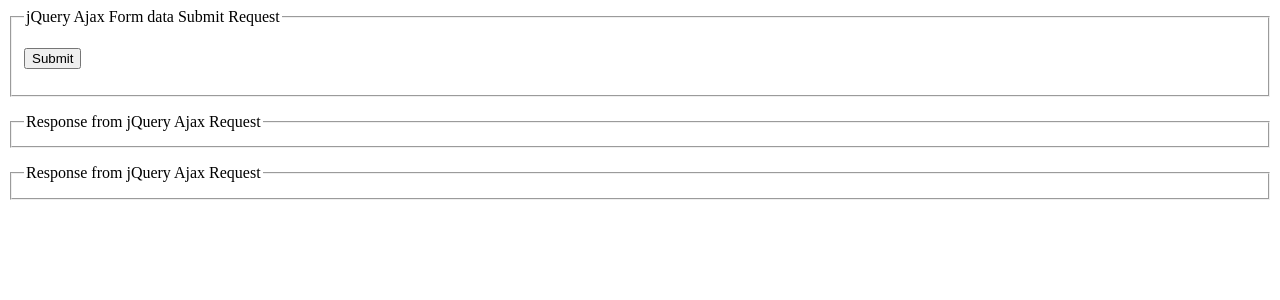
Repository: spencer-carver/lol-db
Page: LOLdb/war/index.html
An editor plug-in stored every save of this project. The page is shown before and after the next save, followed by the edit.
The browser window is 1280 px wide. The pictures show the whole page.
The page's requests for data from a server got no answer. Some web libraries are served in a nearby version.

Above is the page before, as saved 2013-01-31 09:32:22.

After the next save:
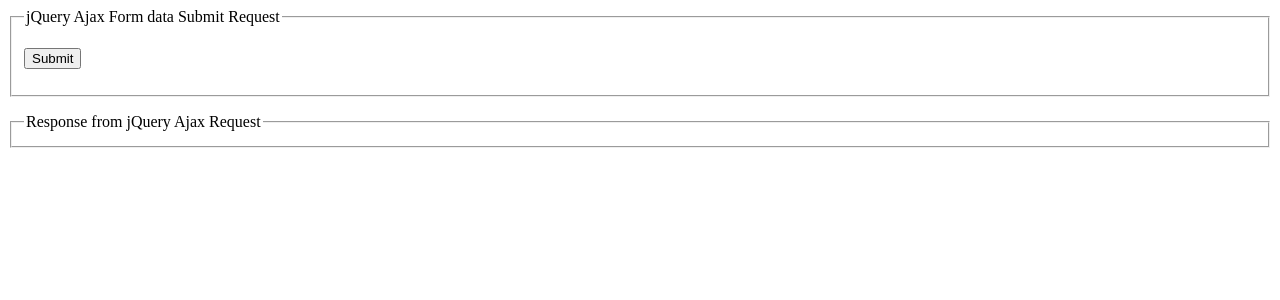
Saved 9 s later.
--- a/LOLdb/war/index.html
+++ b/LOLdb/war/index.html
@@ -32,12 +32,5 @@
 
      <form id="get_champion_dropdown">
     </form>
-    <div id="anotherSection2">
-        <fieldset>
-            <legend>Response from jQuery Ajax Request</legend>
-                 <div id="ajaxResponse2"></div>
-        </fieldset>
-    </div>
-
 </body>
 </html>
